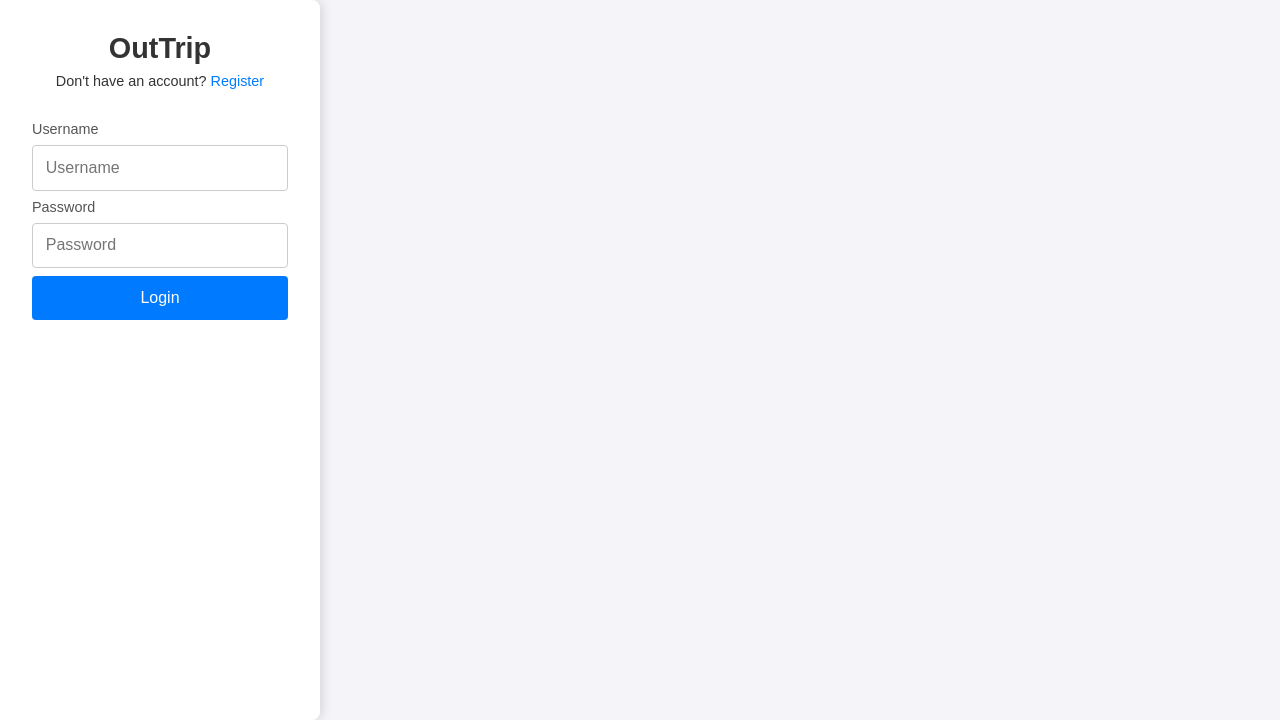
Repository: Nuttawut-Amattong/outtrip
Page: / (app in OutTrip/)
An editor plug-in stored every save of this project. The page is shown before and after the next save, followed by the edit.
The browser window is 1280 px wide. The pictures show the whole page.
The project was rebuilt for these pictures with package versions that can differ from the ones it lists, and the page was loaded fresh each time. Also part of the build but not shown: OutTrip/vite.config.js, OutTrip/src/CSS/register.css, OutTrip/src/pages/Register.jsx, OutTrip/src/pages/Forgetpass.jsx.

Above is the page before, as saved 2025-05-19 01:25:51.

### OutTrip/src/main.jsx
import { StrictMode } from 'react';
import { createRoot } from 'react-dom/client';
import { BrowserRouter, Routes, Route } from 'react-router-dom';
import Login from './pages/Login.jsx';
import Register from './pages/Register.jsx';
import Forgetpass from './pages/Forgetpass.jsx';

createRoot(document.getElementById('root')).render(
  <StrictMode>
    <BrowserRouter>
      <Routes>
        <Route path="/" element={<Login />} />
        <Route path="/register" element={<Register />} />
        <Route path="/forgot-password" element={<Forgetpass />} />
      </Routes>
    </BrowserRouter>
  </StrictMode>
);

### OutTrip/src/pages/Login.jsx
import { useState } from "react";
import '../CSS/login.css';

function Login() {
  const [user, setUser] = useState("");
  const [password, setPassword] = useState("");
  const [showForgot, setShowForgot] = useState(false); // state ควบคุมโชว์ forgot password

  const handleSubmit = (e) => {
    e.preventDefault();
    console.log("User:", user);
    console.log("Password:", password);
  };

  return (
    <div className="login-container">
      <div className="login-header">
        <h1>OutTrip</h1>
        <div className="register-link">
          Don't have an account? <a href="/register">Register</a>
        </div>
      </div>

      <form onSubmit={handleSubmit}>
        <label htmlFor="user">Username</label>
        <input
          type="text"
          id="user"
          value={user}
          onChange={(e) => setUser(e.target.value)}
          placeholder="Username"
          required
        />

        <label htmlFor="password">Password</label>
        <input
          type="password"
          id="password"
          value={password}
          onChange={(e) => setPassword(e.target.value)}
          placeholder="Password"
          required
          onFocus={() => setShowForgot(true)}
          onBlur={() => setShowForgot(false)}
        />
        {showForgot && (
          <div className="forgot-password-link">
            <a href="/forgot-password">Forgot Password?</a>
          </div>
        )}
        <button type="submit">Login</button>



      </form>
    </div>
  );
}

export default Login;

### OutTrip/src/CSS/login.css
body {
    font-family: Arial, sans-serif;
    margin: 0;
    padding: 0;
    background-color: #f4f4f9;
    display: block;
}

.login-container {
    background-color: #ffffff;
    padding: 2rem;
    border-radius: 0 8px 8px 0;
    box-shadow: 4px 0 10px rgba(0, 0, 0, 0.1);
    width: 100%;
    max-width: 320px;
    height: 100vh;
    box-sizing: border-box;
    position: fixed;
    left: 0;
    top: 0;
    display: flex;
    flex-direction: column;
}

.login-header {
    margin-bottom: 2rem; /* เพิ่มระยะห่างระหว่าง header กับ form */
    text-align: center;
}

.login-header h1 {
    font-size: 1.8rem;
    margin: 0 0 0.5rem 0;
    color: #333333;
}

.login-header .register-link {
    font-size: 0.9rem;
    color: #333333;
}

.login-header .register-link a {
    color: #007bff;
    text-decoration: none;
}

.login-header .register-link a:hover {
    text-decoration: underline;
}

.login-container form {
    display: flex;
    flex-direction: column;
    flex-grow: 1;
}

.login-container label {
    font-size: 0.9rem;
    margin-bottom: 0.5rem;
    color: #555555;
}

.login-container input[type="text"],
.login-container input[type="password"] {
    padding: 0.8rem;
    margin-bottom: 1rem;
    border: 1px solid #cccccc;
    border-radius: 4px;
    font-size: 1rem;
    box-sizing: border-box;
    width: 100%;
}

.login-container input[type="text"],
.login-container input[type="password"] {
    padding: 0.8rem;
    margin-bottom: 0.5rem; /* ลดช่องว่างระหว่างช่องกรอก */
    border: 1px solid #cccccc;
    border-radius: 4px;
    font-size: 1rem;
    box-sizing: border-box;
    width: 100%;
}

.login-container button {
    padding: 0.8rem;
    background-color: #007bff;
    color: #ffffff;
    border: none;
    border-radius: 4px;
    font-size: 1rem;
    cursor: pointer;
    transition: background-color 0.3s ease;
    margin-top: 0; /* ลบ auto เพื่อไม่ดันปุ่มลงล่าง */
}

.login-container button:hover {
    background-color: #0056b3;
}

.forgot-password-link {
    margin-top: 0.5rem;
    font-size: 0.9rem;
    color: #007bff;
    text-align: center;
}

.forgot-password-link a {
    color: inherit;
    text-decoration: none;
}

.forgot-password-link a:hover {
    text-decoration: underline;
}

.login-links {
    margin-bottom: 1rem;
    font-size: 0.85rem;
    color: #333333;
    display: flex;
    flex-direction: column;
    gap: 0.5rem;
    text-align: center;
}

.login-links a {
    color: inherit;
    text-decoration: none;
    cursor: pointer;
}

.login-links a:hover {
    text-decoration: underline;
}

### OutTrip/src/CSS/forgetpass.css
body {
    font-family: Arial, sans-serif;
    margin: 0;
    padding: 0;
    background-color: #f4f4f9;
    display: block;
}


.forgetpass-container {
    background-color: #ffffff;
    padding: 2rem;
    border-radius: 0 8px 8px 0;
    box-shadow: 4px 0 10px rgba(0, 0, 0, 0.1);
    width: 100%;
    max-width: 400px;
    height: 100vh;
    box-sizing: border-box;
    position: fixed;
    left: 0;
    top: 0;
}

.forgetpass-title {
    font-size: 1.5rem;
    font-weight: 600;
    color: #333;
    margin-bottom: 20px;
}

.forgetpass-form {
    width: 100%;
    display: flex;
    flex-direction: column;
}

.forgetpass-label {
    font-size: 0.9rem;
    color: #444;
    margin-bottom: 6px;
}

.forgetpass-input {
    padding: 10px;
    font-size: 1rem;
    border: 1px solid #ccc;
    border-radius: 5px;
    margin-bottom: 16px;
    outline: none;
    transition: border 0.2s;
}

.forgetpass-input:focus {
    border-color: #999;
}

.forgetpass-btn {
    background-color: #333;
    color: #fff;
    font-size: 1rem;
    font-weight: 500;
    border: none;
    border-radius: 5px;
    padding: 10px 0;
    cursor: pointer;
    transition: background-color 0.2s;
}

.forgetpass-btn:hover {
    background-color: #222;
}

.forgetpass-link {
    margin-top: 14px;
    font-size: 0.85rem;
    color: #666;
    text-align: center;
    text-decoration: none;
}

.forgetpass-link:hover {
    text-decoration: underline;
}

.register-header {
  margin-bottom: 2rem;    /* เว้นระยะห่างกับฟอร์ม */
  text-align: right;      /* จัดข้อความชิดขวา */
  color: #000000;         /* กำหนดสีข้อความทั้งหมดเป็นดำ (หรือสีที่ต้องการ) */
}

.register-header h1,
.register-header h2 {
  margin: 0;
  color: inherit;         /* ให้ h1, h2 ใช้สีเดียวกับ parent (.register-header) */
}

.forgot-password-link {
  font-size: 0.9rem;
  color: inherit;         /* ใช้สีเดียวกับ .register-header คือดำ */
  text-align: right;      /* ให้ข้อความในลิงก์ติดขวา */
}

.forgot-password-link a {
  color: #007bff;         /* ลิงก์สีฟ้า */
  text-decoration: none;
}

.forgot-password-link a:hover {
  text-decoration: underline;
}

Loaded but not shown: OutTrip/index.html (common file)

After the next save:
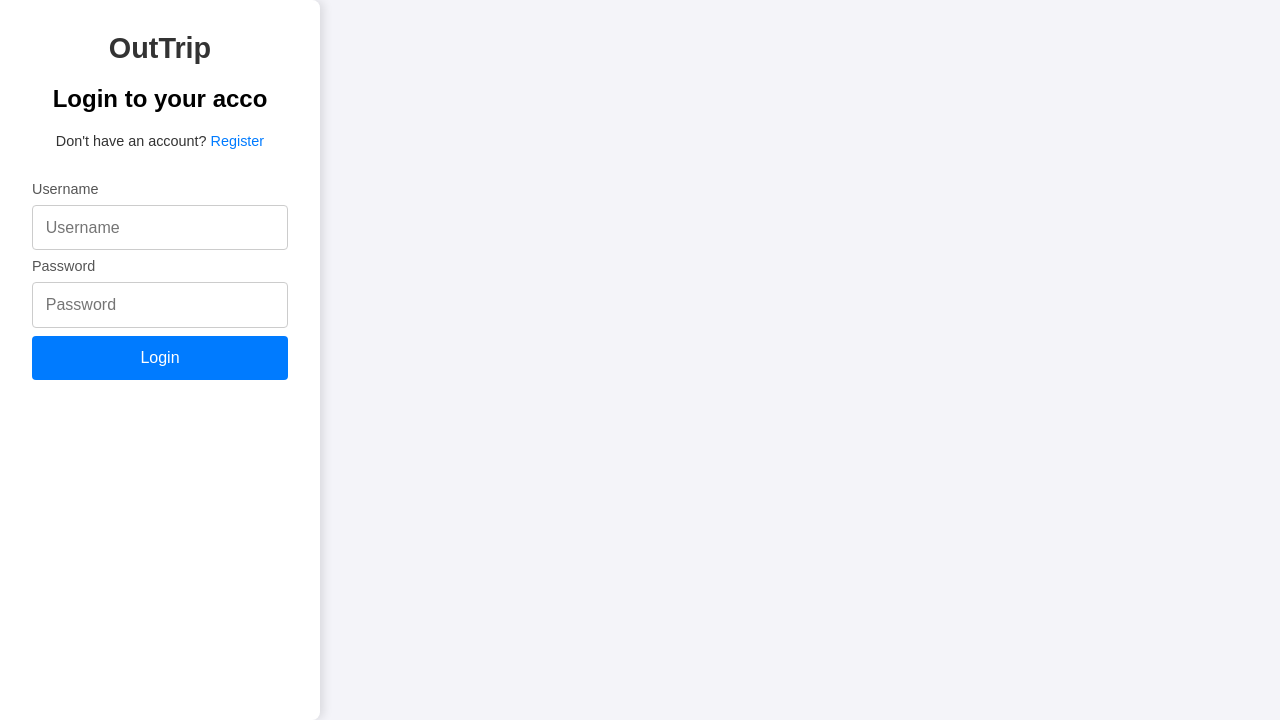
Saved 29 s later.
--- a/OutTrip/src/pages/Login.jsx
+++ b/OutTrip/src/pages/Login.jsx
@@ -16,6 +16,7 @@
     <div className="login-container">
       <div className="login-header">
         <h1>OutTrip</h1>
+        <h2>Login to your acco</h2>
         <div className="register-link">
           Don't have an account? <a href="/register">Register</a>
         </div>

After the 2 saves that followed:
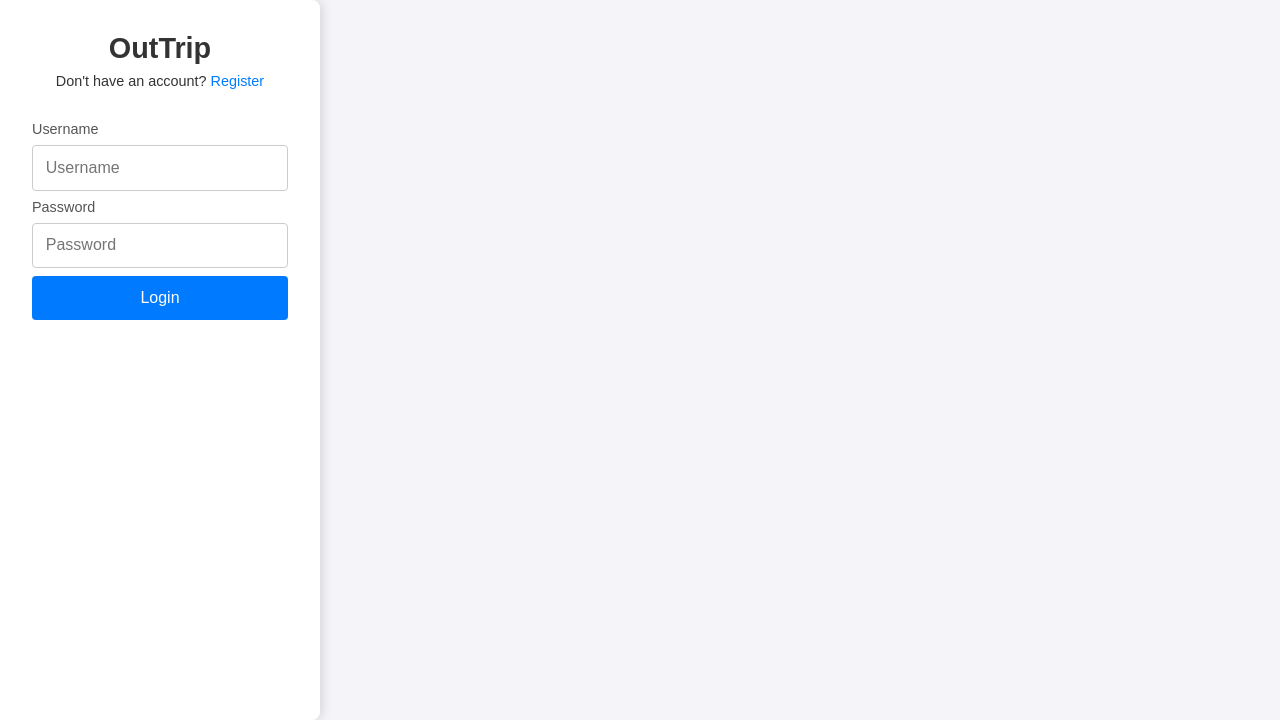
The 2 saves are shown as one change because they came seconds apart.
The last was saved 13 s later.
--- a/OutTrip/src/pages/Login.jsx
+++ b/OutTrip/src/pages/Login.jsx
@@ -16,7 +16,7 @@
     <div className="login-container">
       <div className="login-header">
         <h1>OutTrip</h1>
-        <h2>Login to your acco</h2>
+
         <div className="register-link">
           Don't have an account? <a href="/register">Register</a>
         </div>
